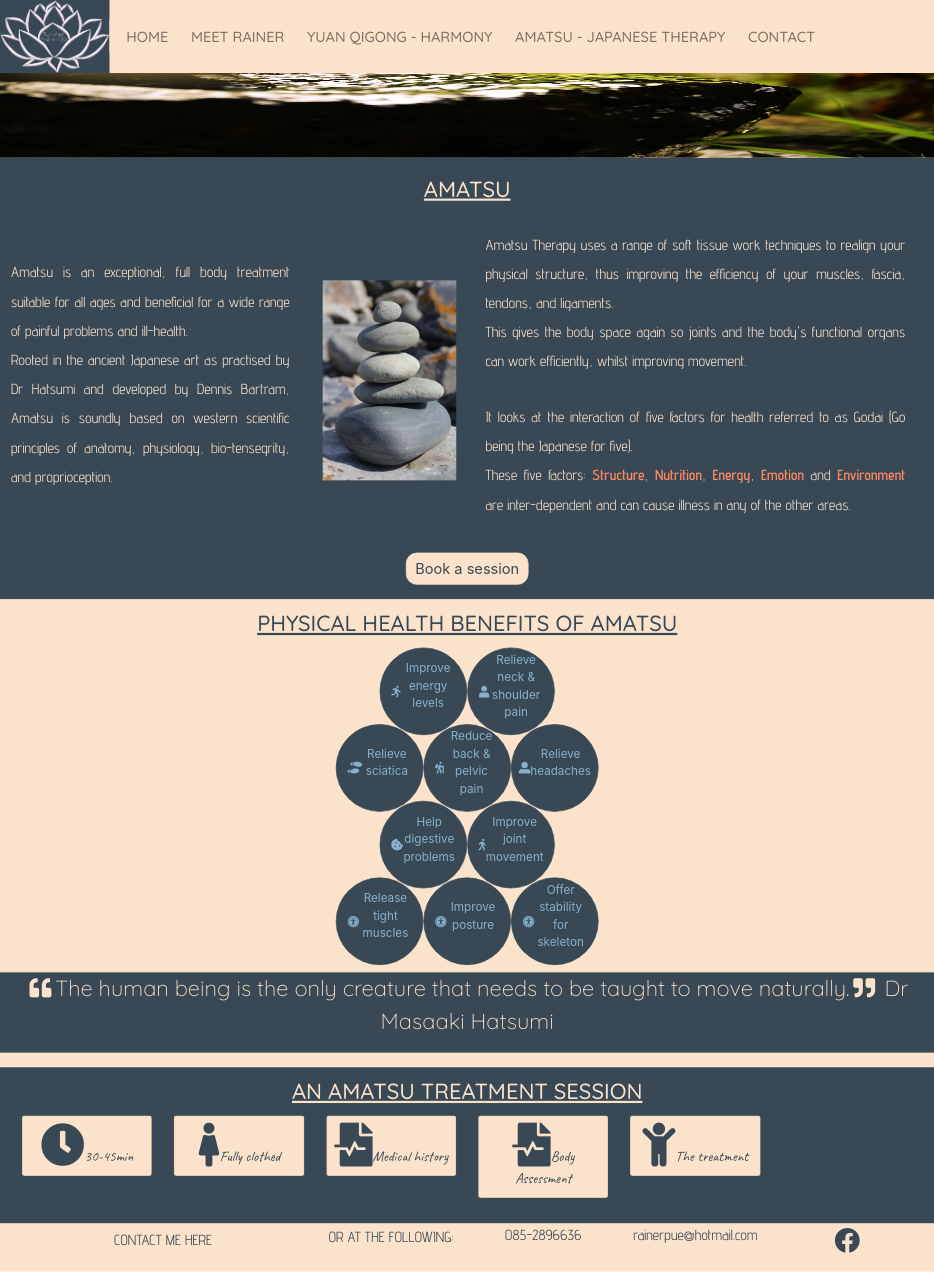
Repository: rainerpue/practitioner_website
Page: amatsu.html
The author's editor kept a record of every edit. The page is drawn from the files as they stood at one moment, then again after the next edit.
The browser window is 1280 px wide. The pictures show the whole page, at 73% of full size.
Some web libraries are served in a nearby version.

Above is the page before.

### amatsu.html
<!DOCTYPE html>
<html lang="en">

<head>
    <meta charset="UTF-8">
    <meta name="viewport" content="width=device-width, initial-scale=1.0">
    <meta http-equiv="X-UA-Compatible" content="ie=edge">
    <meta name="description" content="Home page | Rainer Puehringer, Find your Energy flow">
    <meta name="keywords" content="qigong, amatsu, therapy, energy flow, body balance, harmony, Japanese therapy, yuan gong, ireland">
    <meta name="author" content="Rainer Puehringer">
    <!-- style links -->
    <link rel="stylesheet" href="https://stackpath.bootstrapcdn.com/bootstrap/4.3.1/css/bootstrap.min.css" type="text/css" />
    <link rel="stylesheet" href="https://cdnjs.cloudflare.com/ajax/libs/font-awesome/5.9.0/css/all.min.css" type="text/css" />

    <!-- link to my css file comes after to make sure it render over bootstrap style -->
    <link rel="stylesheet" href="assets/css/style.css" type="text/css" />

    <title>Rainer Puehringer, Find your Energy flow with Yuan Qigong and Amatsu</title>

</head>

<body>
    <!-- navbar and logo -->
    <!-- blue background will only show on bigger screens, set to transparent for mobile device -->
    <nav class="navbar navbar-expand-md fixed-top navbar-light nav-coral">
        <!-- logo -->
        <a href="index.html" class="navbar-brand logo">
            <img src="assets/images/logo.jpg" width="150" height="100" alt="logo">
        </a>
        <!-- button for smaller devices -->
        <button class="navbar-toggler" type="button" data-toggle="collapse" data-target="#burger" aria-controls="burger" aria-expanded="false" aria-label="Toggle navigation">
    <span class="fa fa-bars"></span>
  </button>
        <!-- navigation items which drop down vertically from burger icon in smaller devices -->
        <div class="collapse navbar-collapse" id="burger">
            <ul class="navbar-nav mr-auto text-uppercase">
                <li class="nav-item">
                    <a class="nav-link" href="index.html">Home</a>
                </li>
                <li class="nav-item">
                    <a class="nav-link" href="about.html">Meet Rainer</a>
                </li>
                <li class="nav-item">
                    <a class="nav-link" href="qigong.html">Yuan Qigong - Harmony</a>
                </li>
                <li class="nav-item">
                    <a class="nav-link" href="amatsu.html">Amatsu - Japanese Therapy</a>
                </li>
                <li class="nav-item">
                    <a class="nav-link" href="index.html">Contact</a>
                </li>
            </ul>
        </div>
    </nav>

    <!-- end navbar -->


    <!-- image banner -->
    <main>
        <div class="container-fluid">
            <div class="row">
                <div class="col-12 banner-image amatsu-img">
                </div>
            </div>
        </div>

        <!-- Amatsu intro -->
        <section class="container-fluid bg-grey intro-section">
            <div class="row">
                <div class="col-12 offset text-center">
                    <h3 class="text-uppercase">Amatsu</h3>
                </div>
            </div>
            <div class="row section-details">
                <div class="col-12 col-md-4 main-content text-center">
                    <p class="text-justify">Amatsu is an exceptional, full body treatment suitable for all ages and beneficial for a wide range of painful problems and ill-health.<br> Rooted in the ancient Japanese art as practised by Dr Hatsumi and developed by Dennis Bartram,
                        Amatsu is soundly based on western scientific principles of anatomy, physiology, bio-tensegrity, and proprioception.</p>
                </div>
                <div class="col-12 col-md-2 text-center">
                    <img class="sm-img" src="assets/images/amatsu.jpg" width="100%" height="auto" alt="Stones balanced">
                </div>
                <div class="col-12 col-md-6 main-content text-center">
                    <p class="text-justify specialp">Amatsu Therapy uses a range of soft tissue work techniques to realign your physical structure, thus improving the efficiency of your muscles, fascia, tendons, and ligaments.<br> This gives the body space again so joints and the body's
                        functional organs can work efficiently, whilst improving movement.</p>
                    <p class="text-justify specialp">It looks at the interaction of five factors for health referred to as Godai (Go being the Japanese for five). <br> These five factors: <span class="fivefactors">Structure</span>, <span class="fivefactors">Nutrition</span>, <span class="fivefactors">Energy</span>,
                        <span class="fivefactors">Emotion</span> and <span class="fivefactors">Environment</span> are inter-dependent and can cause illness in any of the other areas.</p>
                </div>
            </div>

            <div class="container-fluid">
                <div class="row text-center">
                    <div class="col-12">
                        <a class="btn btn--gal btn--coral" href="contact.html">Book a session</a>
                    </div>
                </div>
            </div>
        </section>

        <!-- Health benefits/stones design -->

        <section class="container-fluid bg-coral">
            <div class="row">
                <div class="col-12">
                    <h3 class="text-uppercase text-center">Physical health benefits of Amatsu</h3>
                </div>
            </div>
            <ul class="row bg-coral stone-section">
                <li class="row first-stone-row">
                    <div class="col-6 each-stone text-center">
                        <i class="fa fa-running"></i>
                        <p>Improve energy levels</p>
                    </div>
                    <div class="col-6 each-stone text-center">
                        <i class="fa fa-user"></i>
                        <p>Relieve neck & shoulder pain</p>
                    </div>
                </li>
                <li class="row second-stone-row">
                    <div class="col-4 each-stone text-center">
                        <i class="fa fa-shoe-prints"></i>
                        <p>Relieve sciatica</p>
                    </div>
                    <div class="col-4 each-stone text-center">
                        <i class="fa fa-hiking"></i>
                        <p>Reduce back & pelvic pain</p>
                    </div>
                    <div class="col-4 each-stone text-center">
                        <i class="fa fa-user-alt"></i>
                        <p>Relieve headaches</p>
                    </div>

                </li>
                <li class="row third-stone-row">
                    <div class="col-6 each-stone text-center">
                        <i class="fa fa-cookie-bite"></i>
                        <p>Help digestive problems</p>
                    </div>
                    <div class="col-6 each-stone text-center">
                        <i class="fa fa-walking"></i>
                        <p>Improve joint movement</p>
                    </div>
                </li>
                <li class="row fourth-stone-row">

                    <div class="col-4 each-stone text-center">
                        <i class="fa fa-universal-access"></i>
                        <p>Release tight muscles</p>
                    </div>
                    <div class="col-4 each-stone text-center">
                        <i class="fa fa-universal-access"></i>
                        <p>Improve posture</p>
                    </div>
                    <div class="col-4 each-stone text-center">
                        <i class="fa fa-universal-access"></i>
                        <p>Offer stability for skeleton</p>
                    </div>
                </li>
            </ul>
            <div class="row bg-grey d-none d-md-block">
                <div class="col-12">
                    <p class="quote text-center "><i class="fa fa-quote-left"></i>The human being is the only creature that needs to be taught to move naturally.<i class="fa fa-quote-right"></i> Dr Masaaki Hatsumi</p>
                </div>
            </div>
        </section>

        <!-- Amatsu treatment / cards -->

        <section class="container-fluid bg-grey">
            <div class="row">
                <div class="col-12">
                    <h3 class="text-uppercase text-center">An Amatsu treatment session</h3>
                </div>
            </div>
            <div class="row text-center">
                <div class="col-12 col-sm-4 col-lg-2 text-center">
                    <div class="card">
                        <div class="card-item">
                            <div class="row">
                                <div class="col-12"></div>
                            </div>
                            <i class="fa fa-clock"></i><span class="card-text">30-45min</span>
                        </div>
                    </div>
                </div>
                <div class="col-12 col-sm-4 col-lg-2 text-center">
                    <div class="card">
                        <div class="card-item">
                            <i class="fa fa-female"></i><span class="card-text">Fully clothed</span>
                        </div>
                    </div>
                </div>
                <div class="col-12 col-sm-4 col-lg-2 text-center">
                    <div class="card">
                        <div class="card-item">
                            <i class="fa fa-file-medical-alt"></i><span class="card-text">Medical history</span>
                        </div>
                    </div>
                </div>
                <div class="col-12 col-sm-4 col-lg-2 text-center">
                    <div class="card">
                        <div class="card-item">
                            <i class="fa fa-file-medical-alt"></i><span class="card-text">Body Assessment</span>
                        </div>
                    </div>
                </div>
                <div class="col-12 col-sm-4 col-lg-2 text-center">
                    <div class="card">
                        <div class="card-item" width="30px">
                            <i class="fa fa-child"></i><span class="card-text">The treatment</span>
                        </div>
                    </div>
                </div>
            </div>
        </section>
    </main>

    <!-- footer background-color changed to adapt to rest of this page -->

    <footer>
        <div class="container-fluid bg-coral">
            <div class="row footer-row">
                <div class="col-12 col-md-4 footer-contact">
                    <a class="btn btn--gal btn--coral text-uppercase" href="#">Contact Me Here</a>
                </div>
                <div class="col-12 col-md-2 footer-contact">
                    <h5 class="text-uppercase">or at the following:</h5>
                </div>
                <div class="col-12 col-md-2 footer-contact">
                    <p>085-2896636</p>
                </div>
                <div class="col-12 col-md-2 footer-contact">
                    <p>rainerpue@hotmail.com</p>
                </div>
                <div class="col-12 col-md-2 footer-contact">
                    <a class="socialmedia" href="https://www.facebook.com/YuanGongandAmatsuwithRainer/" target="_blank">
                    <i class="fab fa-facebook"></i>
                    <span class="sr-only">Facebook</span>
                    </a>
                </div>
            </div>
        </div>
    </footer>

    <script src="https://code.jquery.com/jquery-3.2.1.slim.min.js " integrity="sha384-KJ3o2DKtIkvYIK3UENzmM7KCkRr/rE9/Qpg6aAZGJwFDMVNA/GpGFF93hXpG5KkN " crossorigin="anonymous "></script>
    <script src="https://cdnjs.cloudflare.com/ajax/libs/popper.js/1.12.9/umd/popper.min.js " integrity="sha384-ApNbgh9B+Y1QKtv3Rn7W3mgPxhU9K/ScQsAP7hUibX39j7fakFPskvXusvfa0b4Q " crossorigin="anonymous "></script>
    <script src="https://maxcdn.bootstrapcdn.com/bootstrap/4.0.0/js/bootstrap.min.js " integrity="sha384-JZR6Spejh4U02d8jOt6vLEHfe/JQGiRRSQQxSfFWpi1MquVdAyjUar5+76PVCmYl " crossorigin="anonymous "></script>
</body>

</html>

Loaded but not shown: assets/css/style.css (629 lines, source omitted)

After the next edit:
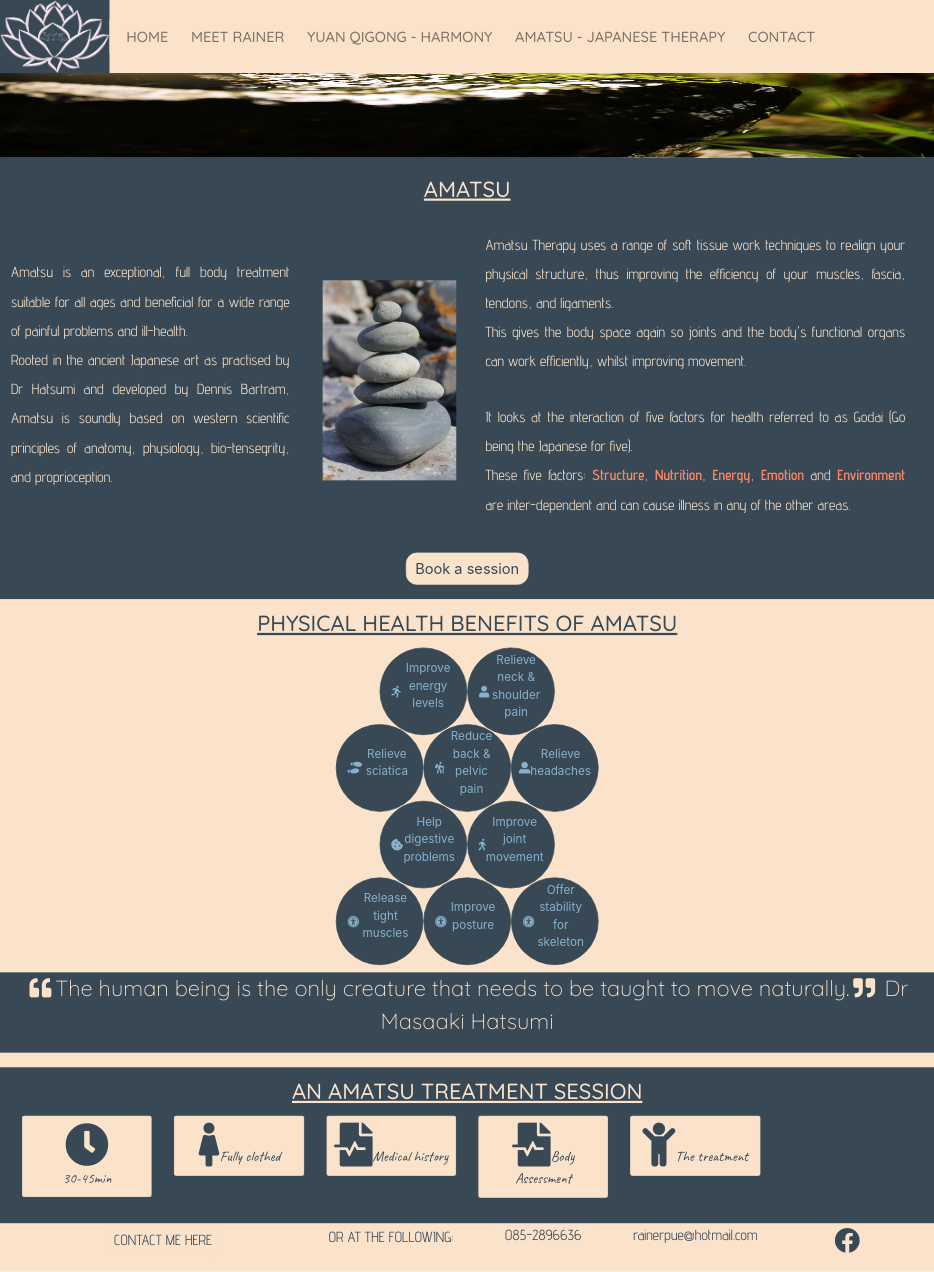
The edit:
--- a/amatsu.html
+++ b/amatsu.html
@@ -177,9 +177,11 @@
                     <div class="card">
                         <div class="card-item">
                             <div class="row">
-                                <div class="col-12"></div>
+                                <div class="col-12">
+                                    <i class="fa fa-clock"></i>
+                                </div>
                             </div>
-                            <i class="fa fa-clock"></i><span class="card-text">30-45min</span>
+                            <span class="card-text">30-45min</span>
                         </div>
                     </div>
                 </div>
